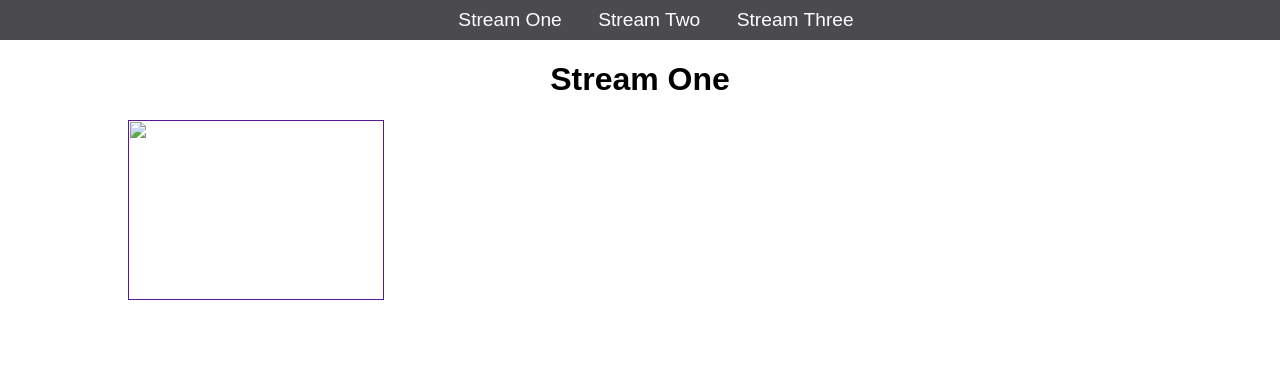
Repository: EricGaona/my-first-website
Page: index.html
The author's editor kept a record of every edit. The page is drawn from the files as they stood at one moment, then again after the next edit.
The browser window is 1280 px wide. The pictures show the whole page.
Pictures or frames that could not be fetched are drawn as grey boxes.

Above is the page before.

After the next edit:
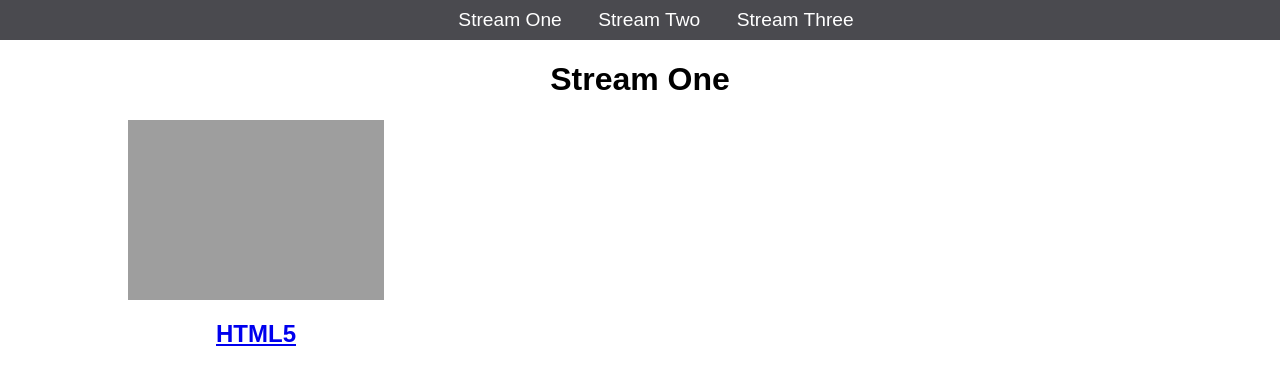
The edit:
--- a/index.html
+++ b/index.html
@@ -13,9 +13,9 @@
         </nav>
         <h1>Stream One</h1>
         <div class="card">
-            <a href="">
-                <img src="">
-                <h2></h2>
+            <a href="https://es.wikipedia.org/wiki/HTML5">
+                <img src="https://www.google.com/url?sa=i&source=images&cd=&ved=2ahUKEwi555fUsvXjAhUxQUEAHd0BDtEQjRx6BAgBEAQ&url=https%3A%2F%2Fhacknicla.wordpress.com%2F2015%2F08%2F03%2Facceso-a-la-camara-con-html5%2F&psig=AOvVaw1-xOB_G7OsuY0aqSrFPKMY&ust=1565425943001076">
+                <h2>HTML5</h2>
             </a>
         </div>
     </body>
